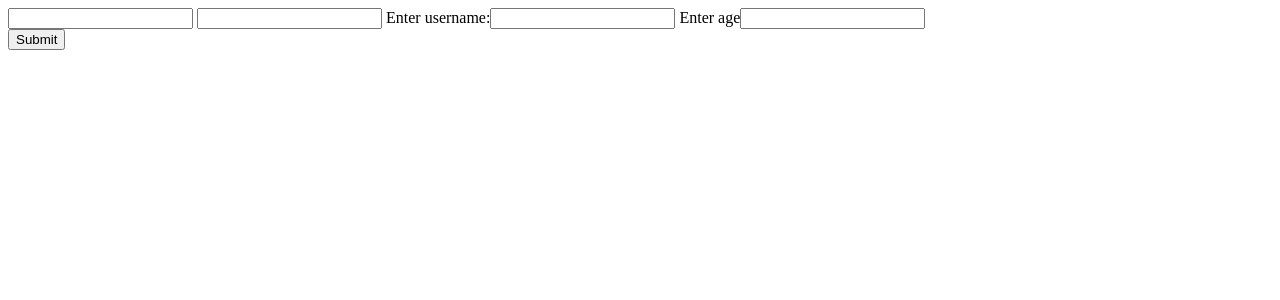
Repository: heenasalim/Java_Script
Page: JsphDemo/WebContent/Htmlforjsp11html.html
These files come from the project's save history. The page is drawn as it stood at one moment and after the next save; the edit follows.
The browser window is 1280 px wide. The pictures show the whole page.

Above is the page before, as saved 2015-10-16 14:05:19.

### JsphDemo/WebContent/Htmlforjsp11html.html
<!DOCTYPE html PUBLIC "-//W3C//DTD HTML 4.01 Transitional//EN" "http://www.w3.org/TR/html4/loose.dtd">
<html>
<head>
<meta http-equiv="Content-Type" content="text/html; charset=ISO-8859-1">
<title>Insert title here</title>
</head>
<body>
<form action="jsp11">
<!--  --><input type="text"  name="user"  />
<input  type="text"   name="age" />

Enter  username:<input type="text"  name="user"  />
Enter  age<input  type="text"   name="age" />
<br/>
<input  type="submit"  name="signin" />
</form>
</body>
</html>

After the next save:
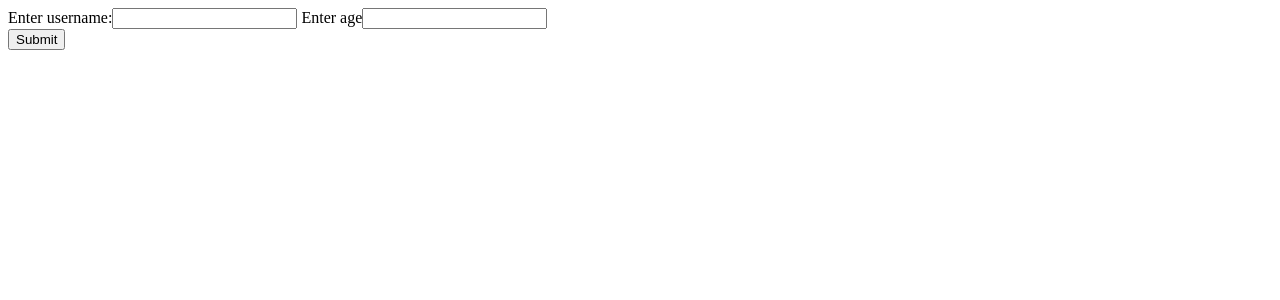
Saved 7 s later.
--- a/JsphDemo/WebContent/Htmlforjsp11html.html
+++ b/JsphDemo/WebContent/Htmlforjsp11html.html
@@ -6,9 +6,9 @@
 </head>
 <body>
 <form action="jsp11">
-<!--  --><input type="text"  name="user"  />
+<!--  <input type="text"  name="user"  />
 <input  type="text"   name="age" />
-
+-->
 Enter  username:<input type="text"  name="user"  />
 Enter  age<input  type="text"   name="age" />
 <br/>
